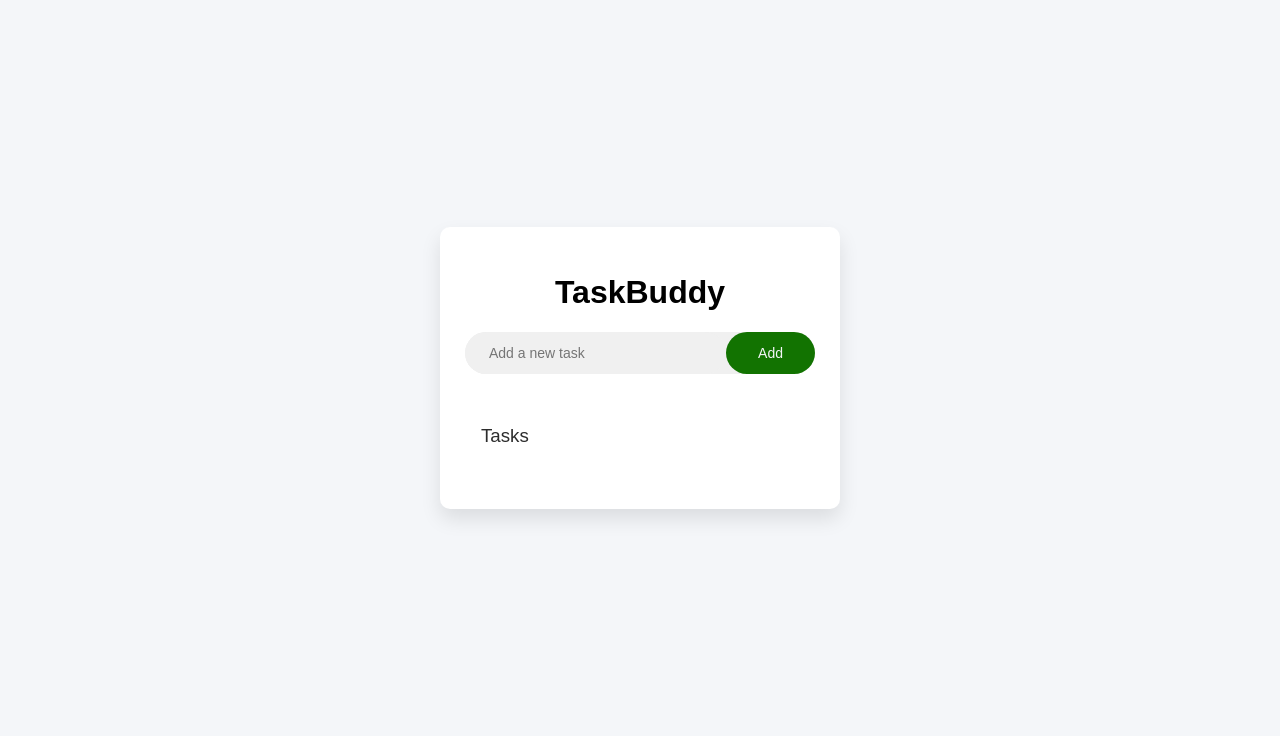
Repository: yogeshnandwani/taskbuddy-todo
Page: index.html
These files come from the project's save history. The page is drawn as it stood at one moment and after a run of saves; the edit follows.
The browser window is 1280 px wide. The pictures show the whole page.

Above is the page before, as saved 2026-03-16 19:35:37.

### index.html
<!DOCTYPE html>
<html lang="en">
<head>
<meta charset="UTF-8">
<title>TaskBuddy</title>
<link rel="stylesheet" href="css/style.css">
</head>

<body>

<div class="app">

<h1>TaskBuddy</h1>

<div class="task-input">
<input type="text" id="taskInput" placeholder="Add a new task">
<button id="addBtn">Add</button>
</div>

<ul id="taskList">
    <h3 class="heading">Tasks</h3>
</ul>

</div>

<script src="js/script.js"></script>

</body>
</html>

### css/style.css
body{
    font-family: Arial, sans-serif;
    background:#f4f6f9;
    display:flex;
    justify-content:center;
    align-items:center;
    height:100vh;
}

.app{
    background:white;
    padding:25px;
    border-radius:10px;
    width:350px;
    box-shadow:0 10px 20px rgba(0,0,0,0.1);
}

h1{
    text-align:center;
}

.task-input{
    display:flex;
    border-radius: 50px;
    background-color: #f0f0f0;
}

input{
    flex:1;
    padding:8px;
    border: none;
    border-radius: 50px;
    padding: 0.8rem 1.5rem;
    background-color: #f0f0f0;
    font-size: 14px;
}

input:focus{
    outline: none;
}

#addBtn{
    padding:0.8rem 2rem;
    border: none;
    border-radius: 50px;
    background-color: #127301;
    color: #f4f6f9;
    cursor:pointer;
    font-size: 14px;
}

ul{
    border-radius: 10px;
    display: flex;
    padding: 1rem;
    gap: 10px;
    flex-direction: column;
    justify-content: center;
    align-items: center;
}

ul .heading{
    align-self: flex-start;
    font-weight: 500;
    margin-bottom: 5px;
    color: rgb(44, 44, 44);
}

li{
    display: flex;
    align-items: center;
    padding: 12px 0;
    justify-content: space-between;
    border-top: 1px solid #00000027;
    border-bottom: 1px solid #00000027;
    width: 100%;
    display:flex;
    justify-content:space-between;
}

li .delete {
    width: 1.5rem;
    height: 1.5rem;
    border: none;
    background-color: transparent;
    display: flex;
    align-items: center;
    justify-content: center;
    cursor: pointer;
    border-radius: 50%;
}

li .delete img {
    width: 1.5rem;
    height: auto;
    object-fit: contain;
    border-radius: 50%;
    filter: saturate(0);
    transition: all 0.1s ease-in;
}

li .delete:hover img{
    filter: saturate(1);
}

### js/script.js
const input = document.getElementById("taskInput")
const addBtn = document.getElementById("addBtn")
const list = document.getElementById("taskList")

addBtn.addEventListener("click", addTask)

function addTask() {
    const taskText = input.value.trim()

    if (taskText === "") return

    const li = document.createElement("li")

    li.innerHTML = `
        <span>${taskText}</span>
        <button class="delete">
            <img src="images/delete.png" alt="Delete icon">
        </button>
    `

    list.appendChild(li)

    input.value = ""
}

list.addEventListener("click", function (e) {
    const deleteBtn = e.target.closest(".delete")

    if (deleteBtn) {
        deleteBtn.parentElement.remove()
    }
})

After the next 12 saves:
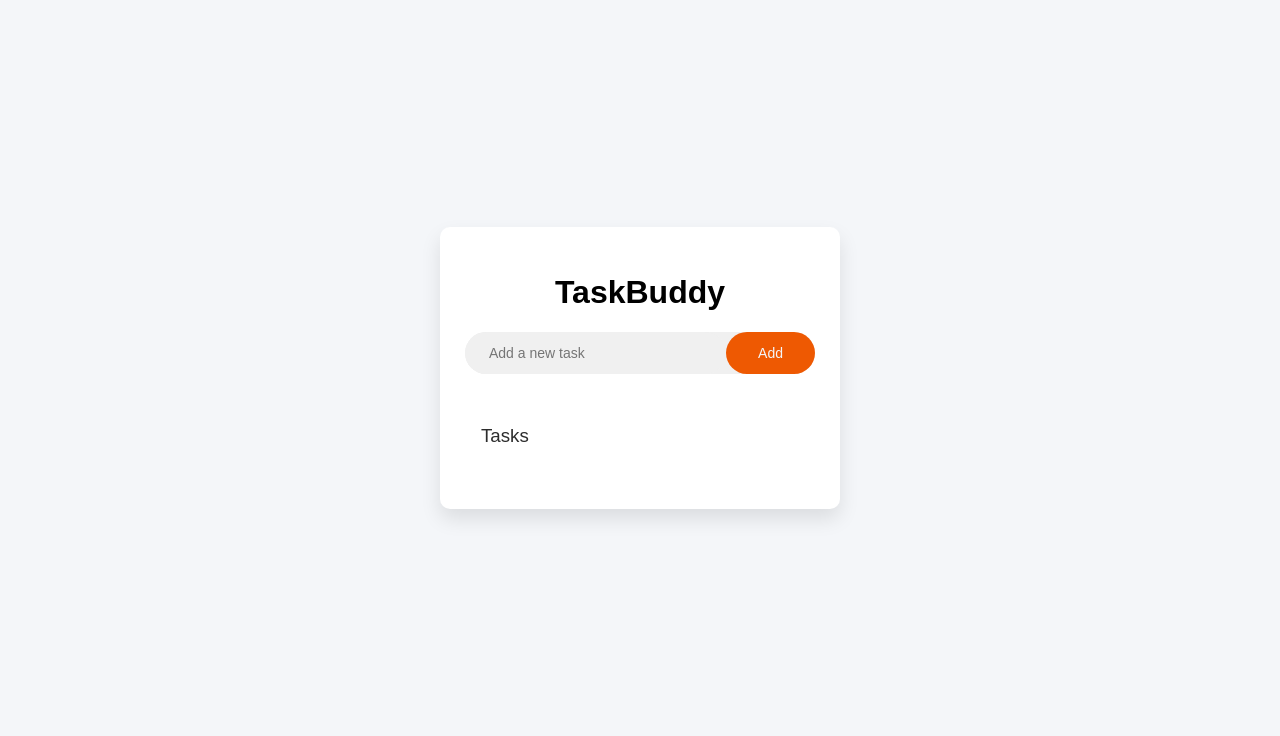
The 12 saves are shown as one change because they came seconds apart.
The last was saved 3 min 22 s later.
--- a/css/style.css
+++ b/css/style.css
@@ -43,7 +43,7 @@ input:focus{
     padding:0.8rem 2rem;
     border: none;
     border-radius: 50px;
-    background-color: #127301;
+    background-color: #ee5902;
     color: #f4f6f9;
     cursor:pointer;
     font-size: 14px;
